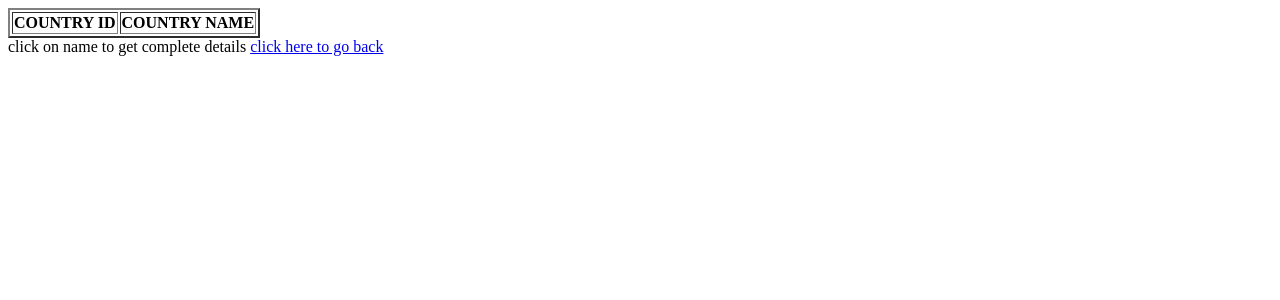
Repository: Raghava3/spring
Page: http://localhost/countryprojectdb/WEB-INF/jsp/CountryList1.jsp
The author's editor kept a copy of each file at every save. The page is drawn from the files as they stood at one save, then again after a run of saves.
The browser window is 1280 px wide. The pictures show the whole page.
The page is served by Tomcat 9. Nobody is signed in. Other server files are loaded and not shown. The template is opened directly, without the code that normally fills it, so the values that code supplies are empty.

Above is the page before, as saved 2017-04-08 07:51:21.

### countryprojectdatabase/countryprojectdb/src/main/webapp/WEB-INF/jsp/CountryList1.jsp
<%@ page language="java" contentType="text/html; charset=UTF-8"
    pageEncoding="UTF-8"%>
    <%@ taglib uri="http://java.sun.com/jsp/jstl/core" prefix="c" %>
<!DOCTYPE html PUBLIC "-//W3C//DTD HTML 4.01 Transitional//EN" "http://www.w3.org/TR/html4/loose.dtd">
<html>
<head>
<meta http-equiv="Content-Type" content="text/html; charset=UTF-8">
<title>Insert title here</title>
</head>
<body>
<table border="2">
<tr>
<th>COUNTRY ID</th>
<th>COUNTRY NAME</th>
</tr>
<c:forEach var="temp"  items="${List}">
<tr>
<td>${temp.ctryid}</td>
<td><a href="<c:url value='countryname1?id=${temp.name}'/>">${temp.name}</a></td>
</tr>
</c:forEach>
</table>
   click on name to get complete details
<a href="index.jsp">click here to go back</a>
</body>
</html>

After the next 2 saves:
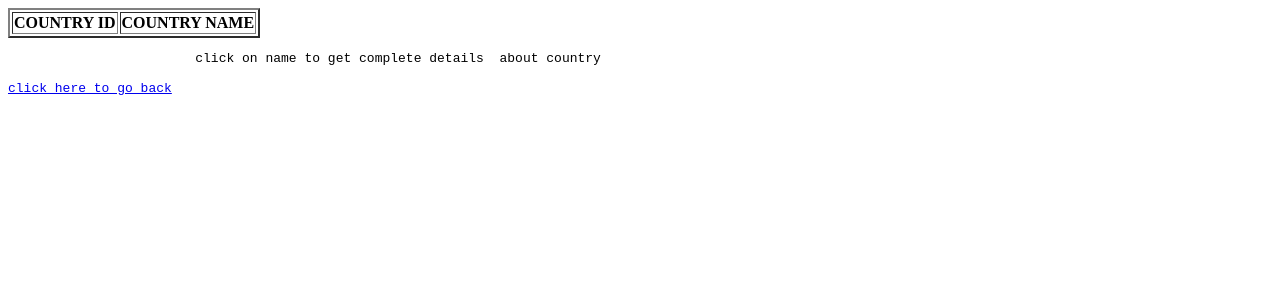
The 2 saves are shown as one change because they came seconds apart.
The last was saved 118 s later.
--- a/countryprojectdatabase/countryprojectdb/src/main/webapp/WEB-INF/jsp/CountryList1.jsp
+++ b/countryprojectdatabase/countryprojectdb/src/main/webapp/WEB-INF/jsp/CountryList1.jsp
@@ -20,7 +20,11 @@
 </tr>
 </c:forEach>
 </table>
-   click on name to get complete details
+<pre>
+                        click on name to get complete details  about country
+
 <a href="index.jsp">click here to go back</a>
+</pre>
+
 </body>
 </html>
